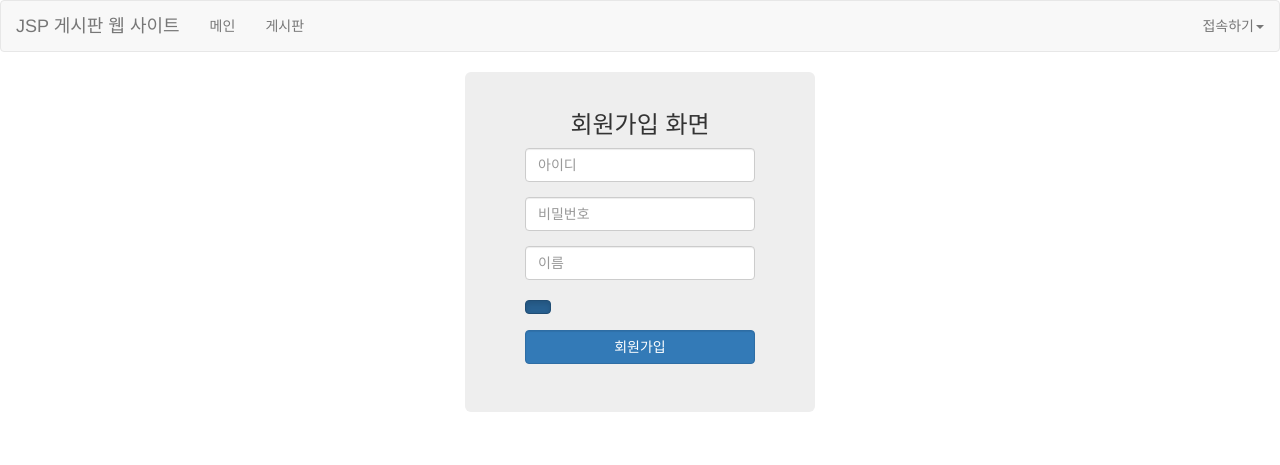
Repository: winter9388/JSP_BBS
Page: http://localhost/BBS/join.jsp
These files come from the project's save history. The page is drawn as it stood at one moment and after the next save; the edit follows.
The browser window is 1280 px wide. The pictures show the whole page.
Some web libraries are served in a nearby version. The page is served by Tomcat 9. Other server files are loaded and not shown.

Above is the page before, as saved 2022-08-11 07:02:16.

### BBS/src/main/webapp/join.jsp
<%@ page language="java" contentType="text/html; charset=UTF-8"
    pageEncoding="UTF-8"%>
<!DOCTYPE html>
<html>
<head>
<meta charset="UTF-8">
<meta name="viewport" content="width=device-width", initial-scale="1">
<link rel="stylesheet" href="css/bootstrap.css">
<title>JSP 게시판 웹 사이트</title>
</head>
<body>
	<nav class="navbar navbar-default">
		<div class="navbar-header">
			<button type="button" class="navbar-toggle collapsed"
				data-toggle="collapse" data-target="#bs-example-navbar-collapse-1"
				aria-expended="false">
				<span class="icon-bar"></span>
				<span class="icon-bar"></span>
				<span class="icon-bar"></span>
			</button>
			<a class="navbar-brand" href="main.jsp">JSP 게시판 웹 사이트</a>
		</div>
		<div class="collapse navbar-collapse" id="bs-example-navbar-collapse-1"
			aria-expended="false">
			<ul class="nav navbar-nav">
				<li><a href="main.jsp">메인</a></li>
				<li><a href="bbs.jsp">게시판</a></li>
			</ul>
			<ul class="nav navbar-nav navbar-right">
				<li class="dropdown">
					<a href="#" class="dropdown-toggle"
						data-toggle="dropdown" role="button" aria-haspopup="true"
						aria-expanded="false">접속하기<span class="caret"></span></a>
					<ul class="dropdown-menu">
						<li class="active"><a href="login.jsp">로그인</a></li>
						<li><a href="join.jsp">회원가입</a></li>
					</ul>
				</li>
			</ul>
		</div>
	</nav>
	<div class="container">
		<div class="col-lg-4"></div>
		<div class="col-lg-4">
			<div class="jumbotron" style="padding-top: 20px">
				<form method="post" action="loginAction.jsp">
					<h3 style="text-align: center;">회원가입 화면</h3>
					<div class="form-group">
						<input type="text" class="form-control" placeholder="아이디" name="userID" maxlength="20">
					</div>
					<div class="form-group">
						<input type="password" class="form-control" placeholder="비밀번호" name="userPassword" maxlength="20">
					</div>
					<div class="form-group">
						<input type="text" class="form-control" placeholder="이름" name="userName" maxlength="20">
					</div>
					<div class="form-group">
						<div class="btn-group" data-toggle="buttons">
							<label class="btn btn-primary active">
							</label>
						</div>
					</div>
					<input type="submit" class="btn btn-primary form-control" value="회원가입">
				</form>
			</div>
		</div>
		<div class="col-lg-4"></div>
	</div>

	<script src="https://code.jquery.com/jquery-3.1.1.min.js"></script>
	<script src="js/bootstrap.js"></script>
</body>
</html>

Loaded but not shown: BBS/src/main/webapp/css/bootstrap.css (library); BBS/src/main/webapp/js/bootstrap.js (library)

After the next save:
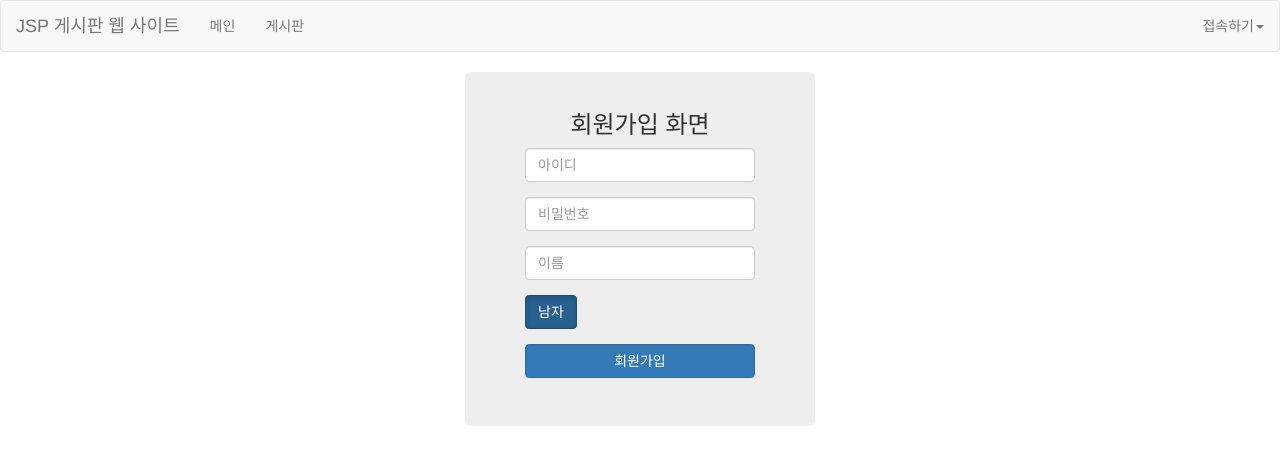
Saved 104 s later.
--- a/BBS/src/main/webapp/join.jsp
+++ b/BBS/src/main/webapp/join.jsp
@@ -57,6 +57,7 @@
 					<div class="form-group">
 						<div class="btn-group" data-toggle="buttons">
 							<label class="btn btn-primary active">
+								<input type="radio" name="userGender" autocomplete="off" value="남자" checked>남자
 							</label>
 						</div>
 					</div>
